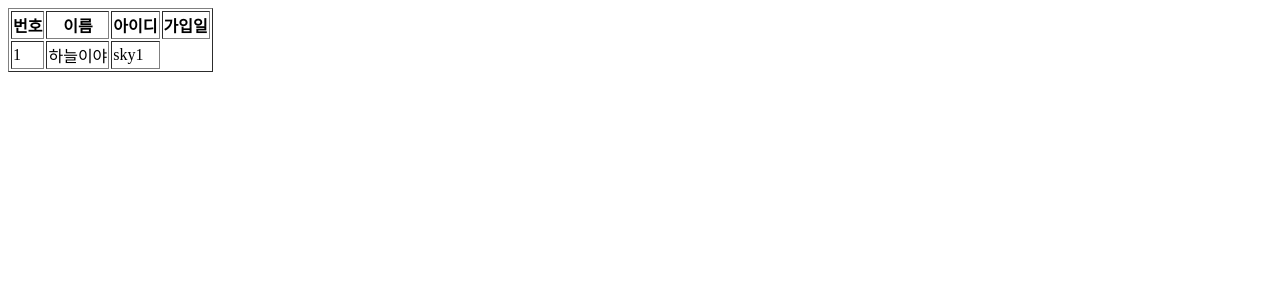
Repository: 621hjmit/workspace
Page: http://localhost/ooing/user/list.jsp
These files come from the project's save history. The page is drawn as it stood at one moment and after the next save; the edit follows.
The browser window is 1280 px wide. The pictures show the whole page.
The page is served by Tomcat 9. The database holds what the project's SQL file puts in it.

Above is the page before, as saved 2024-08-27 07:30:10.

After the next save:
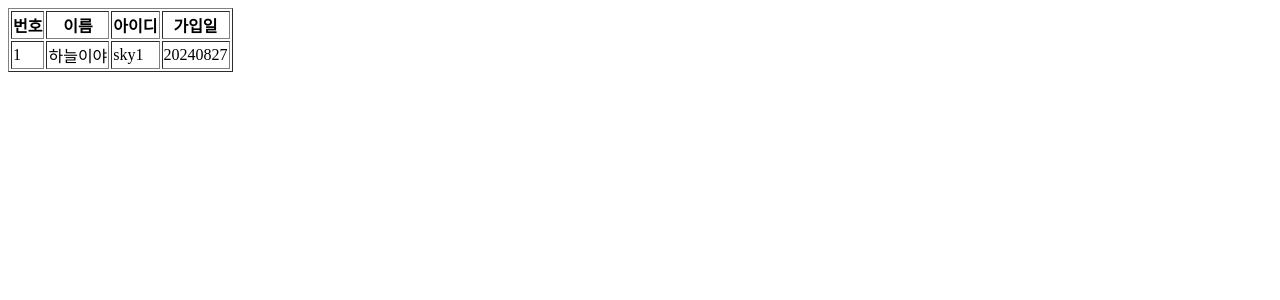
Saved 17 s later.
--- a/ooing/src/main/webapp/user/list.jsp
+++ b/ooing/src/main/webapp/user/list.jsp
@@ -32,6 +32,7 @@ while(rs.next()){
 	out.println("<td>" + rs.getString("UI_NUM"));
 	out.println("<td>" + rs.getString("UI_NAME"));
 	out.println("<td>" + rs.getString("UI_ID"));
+	out.println("<td>" + rs.getString("CREDAT"));
 	out.println("</tr>");
 }
 %>
